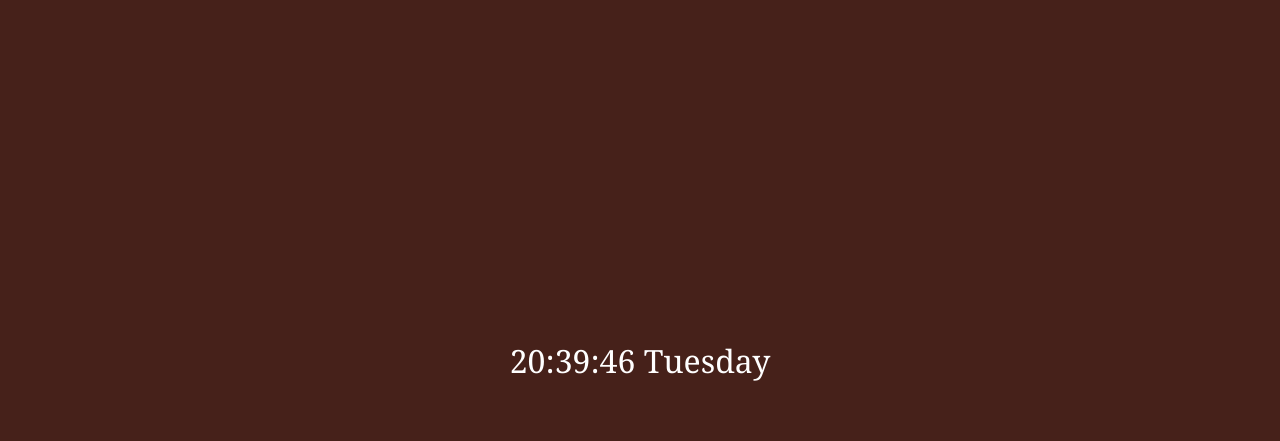
Repository: qtqqrdy13/clock
Page: index.html
The author's editor kept a copy of each file at every save. The page is drawn from the files as they stood at one save, then again after the next save.
The browser window is 1280 px wide. The pictures show the whole page.

Above is the page before, as saved 2023-11-21 20:40:21.

### index.html
<!DOCTYPE html>
<html lang="en">
<head>
    <meta charset="UTF-8">
    <meta name="viewport" content="width=device-width, initial-scale=1.0">
    <title>Document</title>
    <link rel="stylesheet" href="style.css">
</head>
<body>
    <div id="clock"></div>
    <script src="script.js"></script>
</body>
</html>

### style.css
body{
    font-family:Georgia, 'Times New Roman', Times, serif;
    display: flex;
    justify-content: center;
    align-items: center;
    height: 100vh;
    margin: 0;
    background-color:#46211A;
    color: white;
}
#clock{
    font-size: 2em;
}

### script.js
function updateClock(){
    const now = new Date();
    const hours = now.getHours().toString().padStart(2,'0');
    const minutes = now.getMinutes().toString().padStart(2,'0');
    const seconds = now.getSeconds().toString().padStart(2,'0');
    const day = ['Sunday','Monday','Tuesday','Wednesday','Thursday','Friday','Saturday'][now.getDay()]
    const timeString = `${hours}:${minutes}:${seconds} ${day}`
    document.getElementById('clock').innerText = timeString;
}

setInterval(updateClock,1000)
updateClock()

After the next save:
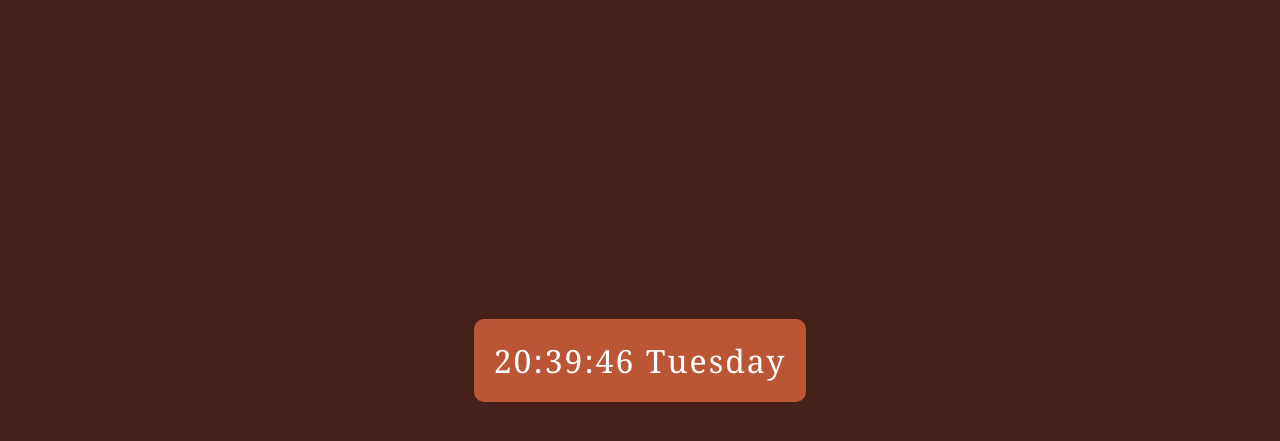
Saved 2 min 16 s later.
--- a/style.css
+++ b/style.css
@@ -10,4 +10,10 @@
 }
 #clock{
     font-size: 2em;
+    text-align: center;
+    letter-spacing: 2px;
+    margin: 20px;
+    padding: 20px;
+    border-radius: 10px;
+    background-color:#ba5536;
 }
